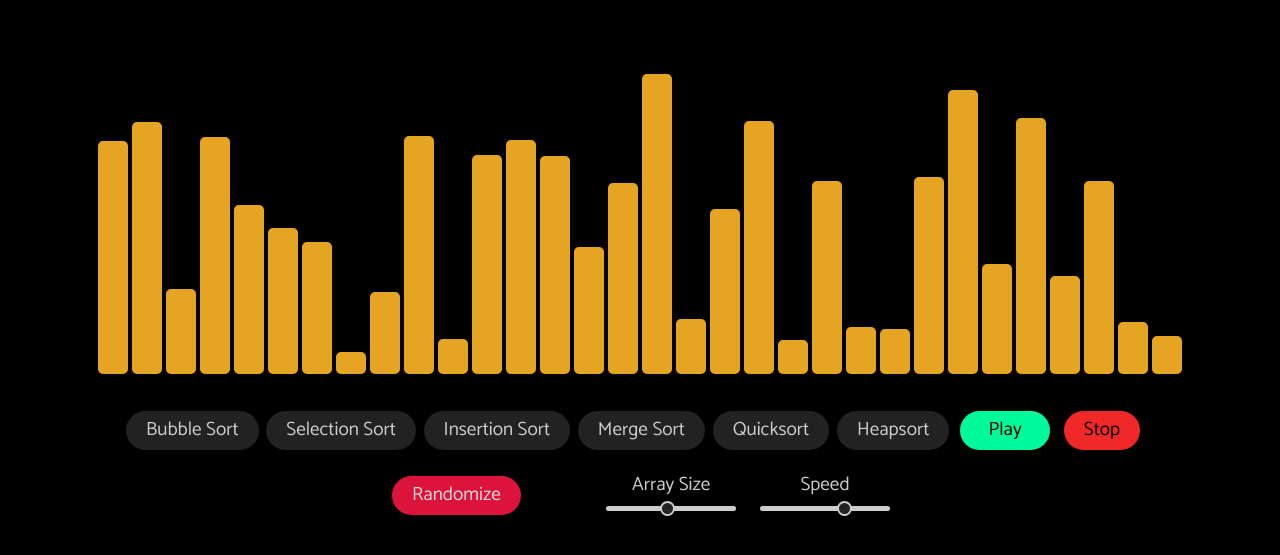
Repository: sneha1010/Sorting-visualizer
Page: index.html
These files come from the project's save history. The page is drawn as it stood at one moment and after the next save; the edit follows.
The browser window is 1280 px wide. The pictures show the whole page.

Above is the page before, as saved 2022-06-15 17:17:39.

### index.html
<!DOCTYPE html>
<html lang="en">
<head>
    <meta charset="utf-8">
    <meta name="viewport" content="width=device-width, initial-scale=1, shrink-to-fit=no">

    <link rel="stylesheet" href="https://stackpath.bootstrapcdn.com/bootstrap/4.5.2/css/bootstrap.min.css" integrity="sha384-JcKb8q3iqJ61gNV9KGb8thSsNjpSL0n8PARn9HuZOnIxN0hoP+VmmDGMN5t9UJ0Z" crossorigin="anonymous">
    <link href="https://fonts.googleapis.com/css2?family=Catamaran:wght@100;200;300;400;500;600;700;800;900&display=swap" rel="stylesheet">
    <link rel="stylesheet" href="assets/style.css">
    <link rel="shortcut icon" href="assets/favicon.ico" type="image/x-icon">

    <title>Sorting Visualizer</title>
</head>
<body>
    <div class="container">
        <div id="array-container">
            <div id="array"><div id="bar"></div></div>
            <h5 id="no-algo-warning" class="display-none">No Algorithm Selected!</h5>
        </div>
        <div id="algo-container">
            <button id="bubble" class="algo-btn">Bubble Sort</button>
            <button id="selection" class="algo-btn">Selection Sort</button>
            <button id="insertion" class="algo-btn">Insertion Sort</button>
            <button id="merge" class="algo-btn">Merge Sort</button>
            <button id="quick" class="algo-btn">Quicksort</button>
            <button id="heap" class="algo-btn">Heapsort</button>
            <button id="sort">Play</button>
            <button id="stop">Stop</button>
        </div>
        <div id="change-container">
            <button id="randomize">Randomize</button>
            <div id="sliders">
                <div class="slider-container">
                    <label>Array Size</label>
                    <input type="range" id="size-slider" class="slider" autocomplete="off">
                </div>
                <div class="slider-container">
                    <label>Speed</label>
                    <input type="range" id="speed-slider" class="slider" autocomplete="off">
                </div>
            </div>
            <!-- <input data-role="doubleslider" data-accuracy="5" data-hint-always="true"> -->
        </div>
    </div>

    <script src="https://code.jquery.com/jquery-3.4.1.slim.min.js" integrity="sha384-J6qa4849blE2+poT4WnyKhv5vZF5SrPo0iEjwBvKU7imGFAV0wwj1yYfoRSJoZ+n" crossorigin="anonymous"></script>
    <script src="assets/script.js"></script>
    <script src="assets/bubble-sort.js"></script>
    <script src="assets/selection-sort.js"></script>
    <script src="assets/insertion-sort.js"></script>
    <script src="assets/merge-sort.js"></script>
    <script src="assets/quicksort.js"></script>
    <script src="assets/heapsort.js"></script>
</body>
</html>

<!--
    1. pause button
    2. reset button
    3. upper limit-lower limit
    4. ui

 -->

### assets/style.css
*:focus, button:focus {
    outline: none;
}

body {
    background-color: black;
    font-family: "Catamaran", sans-serif;
    color: #ccc;
}

.display-none {
    display: none;
}

.display-flex {
    display: flex;
}

#array-container {
    height: 350px;
    margin-top: 3em;
    display: flex;
    flex-direction: column-reverse;
    position: relative;
}

#array {
    margin: 1em auto;
}

.element {
    display: inline-block;
    border-radius: 5px;
}

#no-algo-warning {
    position: absolute;
    justify-content: center;
    align-items: center;
    top: 0;
    bottom: 0;
    left: 0;
    right: 0;
    margin: auto;
    width: 250px;
    height: 50px;
    text-align: center;
    background-color: rgba(0, 0, 0, 0.8);
    border: 1px solid #ccc;
    border-radius: 5px;
}

#algo-container {
    max-width: 1032px;
    margin: 0.5em auto;
}

.algo-btn, #sort, #stop,#randomize {
    background-color: #222;
    margin: 5px 2px;
    padding: 5px 20px;
    color: #ccc;
    font-size: 1.2em;
    border: none;
    border-radius: 50px;
}

.algo-btn:hover, .algo-btn-active {
    background-color: #ccc;
    color: #222;
}
.algo-btn:disabled{
    opacity: 0.8;
    /* cursor: not-allowed; */
    transition: all 100s ease-in-out;
}
#sort {
    /* float: right; */
    width: 90px;
    margin: 5px;
    background-color: mediumspringgreen;
    color: black;
}

#sort:hover, #randomize:hover {
    opacity: 0.8;
}

#sort:disabled, #randomize:disabled {
    opacity: 0.5;
    cursor: not-allowed;
}
#stop {
    /* float: right; */
    margin: 5px;
    background-color: rgb(241, 40, 40);
    color: black;
}
#stop:hover, #randomize:hover {
    opacity: 0.8;
}

#stop:disabled, #randomize:disabled {
    opacity: 0.5;
    cursor: not-allowed;
}
#change-container {
    max-width: 500px;
    margin: 1em auto;
}

#randomize, .slider-container {
    vertical-align: middle;
}

#randomize {
    background-color: crimson;
    color: #ddd;
}

#sliders {
    float: right;
}

.slider-container {
    display: inline-block;
    margin-left: 20px;
}

.slider-container label {
    display: block;
    margin: 0;
    text-align: center;
    font-size: 1.2em;
}

.slider {
    -webkit-appearance: none;
    width: 130px;
    height: 15px;
    background-color: transparent;
}

.slider::-webkit-slider-runnable-track {
    -webkit-appearance: none;
    height: 5px;
    background-color: #ccc;
    border-radius: 5px;
    cursor: pointer;
}

.slider::-moz-range-track {
    height: 5px;
    background-color: #ccc;
    border-radius: 5px;
    cursor: pointer;
}

.slider::-moz-range-progress {
    height: 5px;
    background-color: #777;
    border-radius: 5px;
    cursor: pointer;
}

.slider::-webkit-slider-thumb {
    -webkit-appearance: none;
    background-color: #222;
    border: 2px solid #ccc;
    width: 15px;
    height: 15px;
    border-radius: 15px;
    margin-top: -5px;
}

.slider::-moz-range-thumb {
    background-color: #222;
    border: 2px solid #ccc;
    width: 13px;
    height: 13px;
    border-radius: 13px;
    cursor: pointer;
}

.slider:disabled {
    opacity: 0.5;
}

.slider:disabled::-webkit-slider-runnable-track {
    cursor: not-allowed;
}

.slider:disabled::-moz-range-track {
    cursor: not-allowed;
}

.slider:disabled::-moz-range-progress {
    cursor: not-allowed;
}

.slider:disabled::-moz-range-thumb {
    cursor: not-allowed;
}

### assets/script.js
const MIN_SIZE = 4;
const MAX_SIZE = 64;
const DEFAULT_SIZE = 32;

const MIN_SPEED = 1;
const MAX_SPEED = 4;
const DEFAULT_SPEED = 3;

const MIN = 20;
const MAX = 300;

const WAITING_TIME = 100;

const UNSORTED = '#e5a422';
const SORTED = 'mediumspringgreen';
const COMPARE = '#cc2d24';
const SELECTED = 'blueviolet';
const LEFT = 'gold';
const RIGHT = 'orangered';

var size;
var delay;

var arr = [];

var array_container_width;
var element_width;
var element_width_max;
var margin_element;

var algo_selected;
var run=false;
var first=true;
var halt =false;

var sort_btn=document.getElementsByClassName("algo-btn");

function updateValues() {
    array_container_width = Math.floor( $("#array-container").width() );
    element_width_max = Math.floor(array_container_width / 20);

    margin_element = 2;
    if( parseInt( $(window).width() ) < 1200 )
        margin_element = 1;
}

function findElementWidth() {
    element_width = Math.floor(array_container_width / size);
    element_width -= 2 * margin_element;

    if(element_width > element_width_max)
        element_width = element_width_max;
}

function createArray() {
    arr = [];
    $("#array").html('');

    for(var i = 0; i < size; i++) {
        var n = Math.floor( Math.random() * (MAX - MIN + 1) ) + MIN;
        arr.push(n);
    //   $("#bar").html(n);
        var $element = $('<div>');
        $element.attr('id', "e" + i);
        $element.attr('class', "element");
        $element.css('background-color', UNSORTED);
        $element.css('width', element_width.toString() + 'px');
        $element.css('height', n.toString() + 'px');
        $element.css('margin-left', margin_element + 'px');
        $element.css('margin-right', margin_element + 'px');
        // $element.innerHTML(n);
        $element.appendTo("#array");

    }
}

function setHeight(id, height) {
    $("#e" + id).css('height', height);
    // $("#e" + id).textContent = "1";
    // $("#e" + id).innerHTML=height;
}

function setColor(id, color) {
    $("#e" + id).css('background-color', color);
}

function setColorRange(p, r, color) {
    for(var i = p; i <= r; i++)
        $("#e" + i).css('background-color', color);
}
function pauseHandler()
{
    const pause = document.getElementById("sort");
    run = run === true ? false : true;
    pause.textContent = run === true ? "Pause" : "Play";
}
async function pauseButton() {
    while (run == false) await sleep(1);
    return;
  }
function swap(a, b) {
    var temp = arr[a];
    arr[a] = arr[b];
    arr[b] = temp;

    var h1 = $("#e" + a).css('height');
    var h2 = $("#e" + b).css('height');

    setHeight(a, h2);
    setHeight(b, h1);
}

function disableOthers() {
    $(".algo-btn").prop('disabled', true);

    $("#randomize").prop('disabled', true);
    $("#size-slider").prop('disabled', true);
}

function enableOthers() {
    $(".algo-btn").prop('disabled', false);
    $("#sort").prop('disabled', false);
    $("#randomize").prop('disabled', false);
    $("#size-slider").prop('disabled', false);
}

function sleep(ms) {
    return new Promise(resolve => setTimeout(resolve, ms));
}

$(document).ready(function() {
    $("#size-slider").attr('min', MIN_SIZE);
    $("#size-slider").attr('max', MAX_SIZE);
    $("#size-slider").attr('value', DEFAULT_SIZE);

    $("#speed-slider").attr('min', MIN_SPEED);
    $("#speed-slider").attr('max', MAX_SPEED);
    $("#speed-slider").attr('value', DEFAULT_SPEED);

    size = DEFAULT_SIZE;
    delay = WAITING_TIME * Math.pow(2, MAX_SPEED - DEFAULT_SPEED);

    updateValues();

    findElementWidth();
    createArray();

    $("#randomize").click(
        function() {
            createArray();
        }
    );

    $(".algo-btn").click(
        function() {
            algo_selected = $(this).html();

            $(".algo-btn-active").removeClass('algo-btn-active');
            $(this).addClass('algo-btn-active');
        //     var btn=document.getElementsByClassName("algo-btn");
        //     var selected=document.getElementsByClassName("algo-btn-active");
        //    btn.disable=true;
        //   selected.disable=false;
            $("#no-algo-warning").removeClass('display-flex');
            $("#no-algo-warning").addClass('display-none');
        }
    );

    $("#sort").click(
        async function() {
            if(first){
                first=false;


            disableOthers();

            setColorRange(0, size - 1, UNSORTED);

            if(algo_selected == "Bubble Sort"){
                pauseHandler();
                await bubbleSort();
            }

            else if(algo_selected == "Selection Sort"){
                pauseHandler();
                await selectionSort();
            }

            else if(algo_selected == "Insertion Sort"){
                pauseHandler();
                await insertionSort();
            }

            else  if(algo_selected == "Merge Sort")
            {
                pauseHandler();
                await mergeSort(0, size - 1);
            }

            else if(algo_selected == "Quicksort"){
                pauseHandler();
                await quicksort(0, size - 1);
            }

            else if(algo_selected == "Heapsort")
            {
                pauseHandler();
                await heapsort();
            }

            else {
                $("#no-algo-warning").removeClass('display-none');
                $("#no-algo-warning").addClass('display-flex');
                first=true;
            }

            enableOthers();
        }
        else
        pauseHandler();
        }
    );

    $("#stop").click(
       function() {
      halt=true;
      algo_selected="";
      $(".algo-btn-active").removeClass('algo-btn-active');
      run=false;
      const pause = document.getElementById("sort");
    //   run = run === true ? false : true;
      pause.textContent = run === true ? "Pause" : "Play";
      first=true;
        }
    );





// pause.addEventListener("click", () => {
//   run = run === true ? false : true;
//   pause.textContent = run === true ? "Pause" : "Play";
// });
    $("#size-slider").on('input', function() {
        size = $(this).val();

        findElementWidth();
        createArray();
    });

    $("#speed-slider").on('input', function() {
        delay = WAITING_TIME * Math.pow(2, MAX_SPEED - $(this).val());
    });

    $(window).resize(function() {
        if(array_container_width != Math.floor( $("#array-container").width() )) {
            updateValues();

            findElementWidth();

            for(var i = 0; i < size; i++) {
                $("#e" + i).css('width', element_width.toString() + 'px');
                $("#e" + i).css('margin-left', margin_element + 'px');
                $("#e" + i).css('margin-right', margin_element + 'px');
            }
        }
    });
});

### assets/bubble-sort.js
async function bubbleSort() {

    sort_btn.disable=true;
    var i, j;
    await sleep(delay);
     halt=false;
    for(i = 0; i < size - 1; i++) {
        for(j = 0; j < size - i - 1; j++) {
            await sleep(delay);

            setColor(j, COMPARE);
            setColor(j + 1, COMPARE);
            await sleep(delay);

            if(arr[j] > arr[j + 1]) {
                swap(j, j + 1);
                await sleep(delay);
            }
            if(halt)
            break;
            while(run==false)
            await sleep(1);
            setColor(j, UNSORTED);
            setColor(j + 1, UNSORTED);
        }
       if(halt){
        setColorRange(0, size - 1, UNSORTED);
        break;
       }

        await sleep(delay);

        setColor(j, SORTED);
    }
     if(halt==false){
    setColor(0, SORTED);

     }
     halt=0;
}

### assets/insertion-sort.js
async function insertionSort() {
    var i, j, key;
    await sleep(delay);

    setColor(0, SELECTED);
    await sleep(delay);

    setColor(0, SORTED);

    for(i = 1; i < size; i++) {
        await sleep(delay);
        if(run==false)
        await pauseButton();
        setColor(i, SELECTED);
        await sleep(delay);

        j = i - 1;
        key = arr[i];

        while(j >= 0 && arr[j] > key) {
            if(run==false)
            await pauseButton();
            setColor(j, COMPARE);
            await sleep(delay);
            if(run==false)
            await pauseButton();
            swap(j, j + 1);
            if(run==false)
            await pauseButton();
            setColor(j, SELECTED);
            setColor(j + 1, COMPARE);
            await sleep(delay);
            if(run==false)
            await pauseButton();
            setColor(j + 1, SORTED);
            await sleep(delay);

            j--;
        }

        setColor(j + 1, SORTED);
    }
}

Loaded but not shown: assets/heapsort.js (no copy from this time; the picture is the same without it); assets/merge-sort.js (no copy from this time; the picture is the same without it); assets/quicksort.js (no copy from this time; the picture is the same without it); assets/selection-sort.js (no copy from this time; the picture is the same without it)

After the next save:
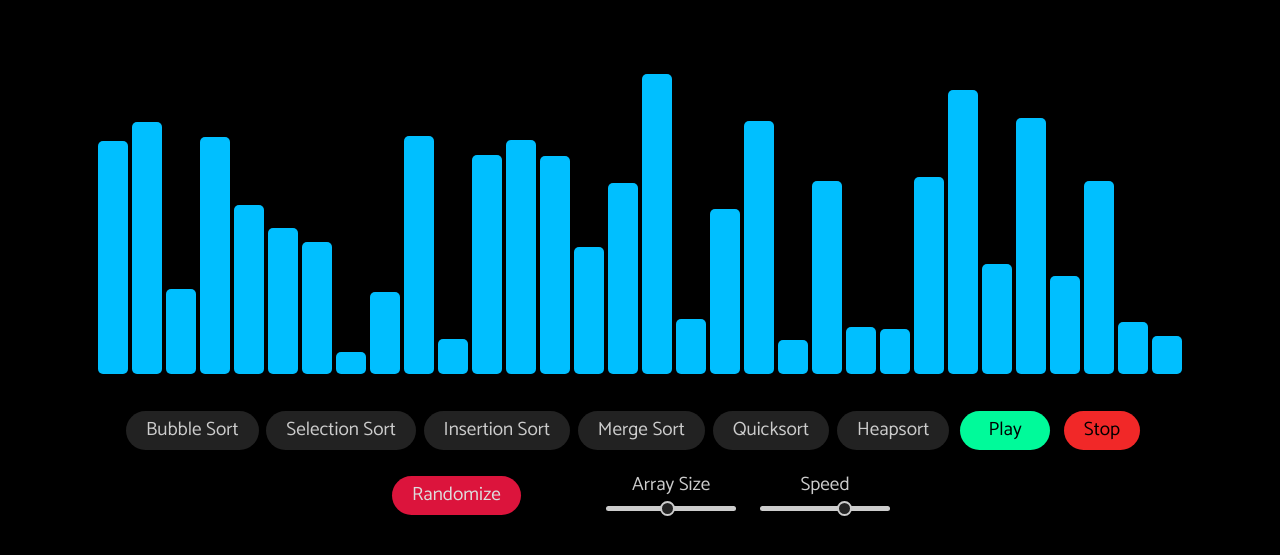
Saved 5 min 42 s later.
--- a/assets/script.js
+++ b/assets/script.js
@@ -11,9 +11,9 @@
 
 const WAITING_TIME = 100;
 
-const UNSORTED = '#e5a422';
+const UNSORTED = 'deepskyblue';
 const SORTED = 'mediumspringgreen';
-const COMPARE = '#cc2d24';
+const COMPARE = 'crimson';
 const SELECTED = 'blueviolet';
 const LEFT = 'gold';
 const RIGHT = 'orangered';
